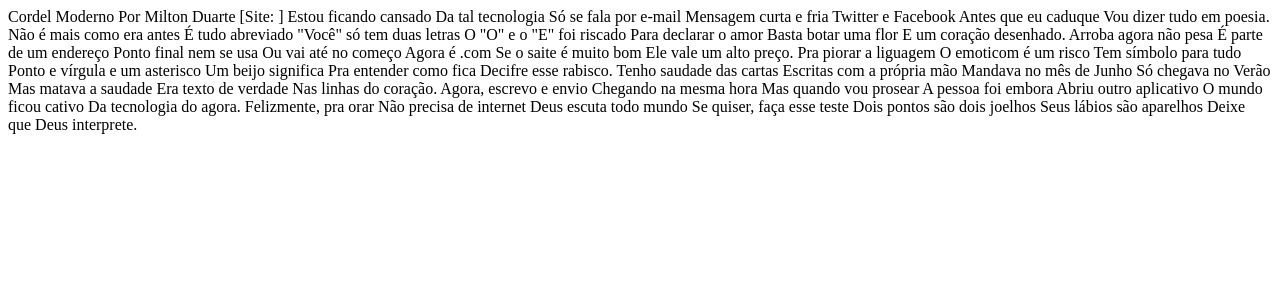
Repository: Lucianorodriguesdev/cursoHTML-CSS
Page: dasafios/index.html
The author's editor kept a copy of each file at every save. The page is drawn from the files as they stood at one save, then again after the next save.
The browser window is 1280 px wide. The pictures show the whole page.

Above is the page before, as saved 2026-06-17 08:37:51.

After the next save:
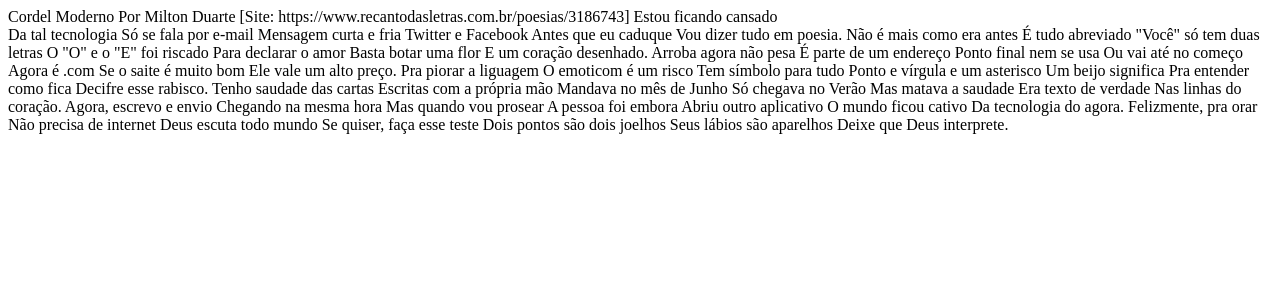
Saved 30 s later.
--- a/dasafios/index.html
+++ b/dasafios/index.html
@@ -6,10 +6,12 @@
     <title>Cordel Moderno</title>
 </head>
 <body>
-Cordel Moderno
-Por Milton Duarte
-[Site: ]
-Estou ficando cansado
+<header>
+    Cordel Moderno
+    Por Milton Duarte
+    [Site: https://www.recantodasletras.com.br/poesias/3186743]
+    Estou ficando cansado
+</header>
 
 Da tal tecnologia
 
